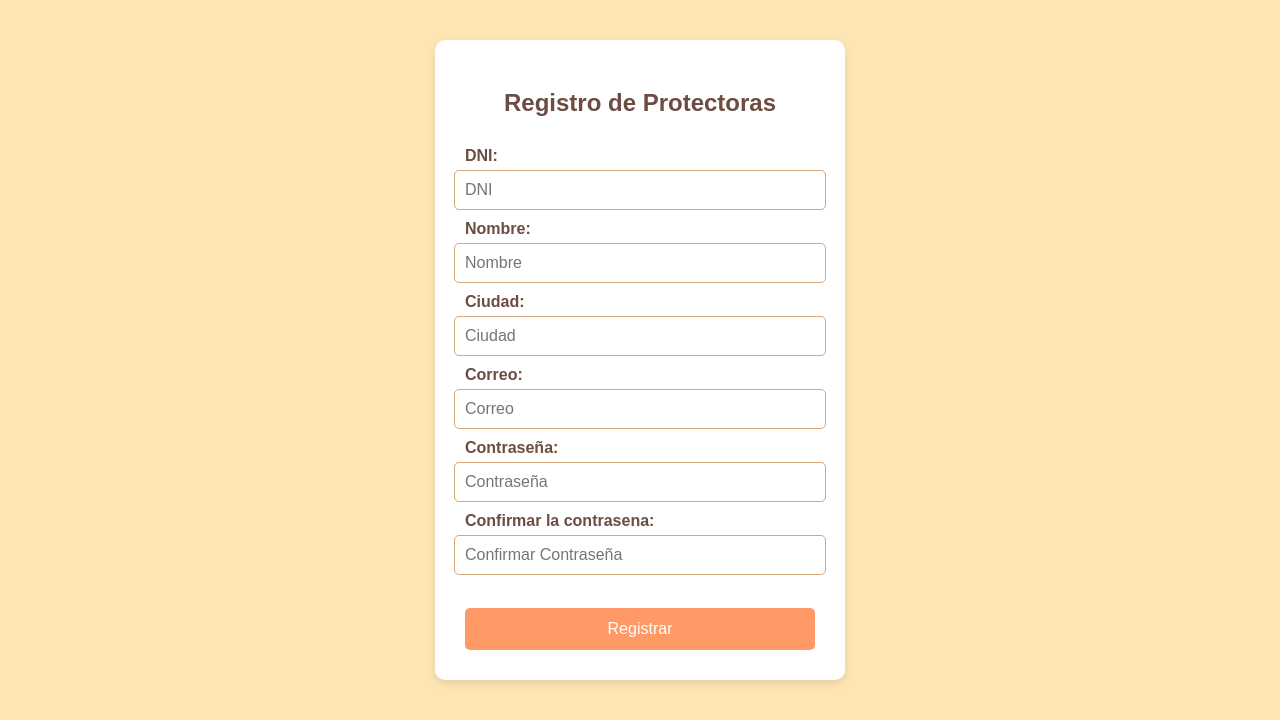
Repository: adriarodrisan/PetLover
Page: Paginas_web/registro_protectora.html
The author's editor kept a copy of each file at every save. The page is drawn from the files as they stood at one save, then again after the next save.
The browser window is 1280 px wide. The pictures show the whole page.

Above is the page before, as saved 2025-03-27 14:45:00.

### Paginas_web/registro_protectora.html
<!DOCTYPE html>
<html lang="enlaces">
<head>
    <meta charset="UTF-8">
    <meta name="viewport" content="width=device-width, initial-scale=1.0">
    <title>Registrate como Protectora </title>
    <link rel="stylesheet" href="/Css_Paginas/registro.css">
</head>
<body>
    <div class="fondo">
        <h2>Registro de Protectoras </h2>
        <form action="/Paginas_web/insertar_datos_registro.php">
            <label for="DNI"> DNI:</label>
            <input type="text" name="dni" placeholder="DNI" required>
            <label for="nombre"> Nombre:</label>
            <input type="text" name="nombre" placeholder="Nombre" required>
            <label for="ciudad"> Ciudad:</label>
            <input type="text" name="ciudad" placeholder="Ciudad" required>
            <label for="correo"> Correo:</label>
            <input type="email" name="correo" placeholder="Correo" required>
            <label for="contrasena"> Contraseña:</label>
            <input type="password" name="contrasena" placeholder="Contraseña" required>
            <label for="confirmar_contrasena"> Confirmar la contrasena:</label>
            <input type="password" name="confirmar_contrasena" placeholder="Confirmar Contraseña" required>
        <br>
        <button type="submit">Registrar</button>
        </form>
    </div>
</body>
</html>

### Css_Paginas/registro.css
body {
    font-family: 'Arial', sans-serif;
    background-color: #ffe5b4;
    display: flex;
    justify-content: center;
    align-items: center;
    height: 100vh;
    margin: 0;
}
.fondo{
    background-color: white;
    padding: 30px;
    border-radius: 10px;
    box-shadow: 0px 4px 8px rgba(0, 0, 0, 0.1);
    text-align: center;
    width: 350px;
}
h2 {
    color: #6d4c41;
    margin-bottom: 20px;
}
form {
    display: flex;
    flex-direction: column;
    align-items: center;
}
label {
    text-align: left;
    font-weight: bold;
    color: #6d4c41;
    margin-top: 10px;
    width: 100%;
}
input {
    padding: 10px;
    margin-top: 5px;
    border: 1px solid #d3a87c;
    border-radius: 5px;
    font-size: 1rem;
    width: 100%;
}
button {
    background-color: #FF9966;
    color: white;
    padding: 12px;
    border: none;
    border-radius: 5px;
    cursor: pointer;
    font-size: 1rem;
    margin-top: 15px;
    width: 100%;
}
button:hover {
    background-color: #FF7043;
}

After the next save:
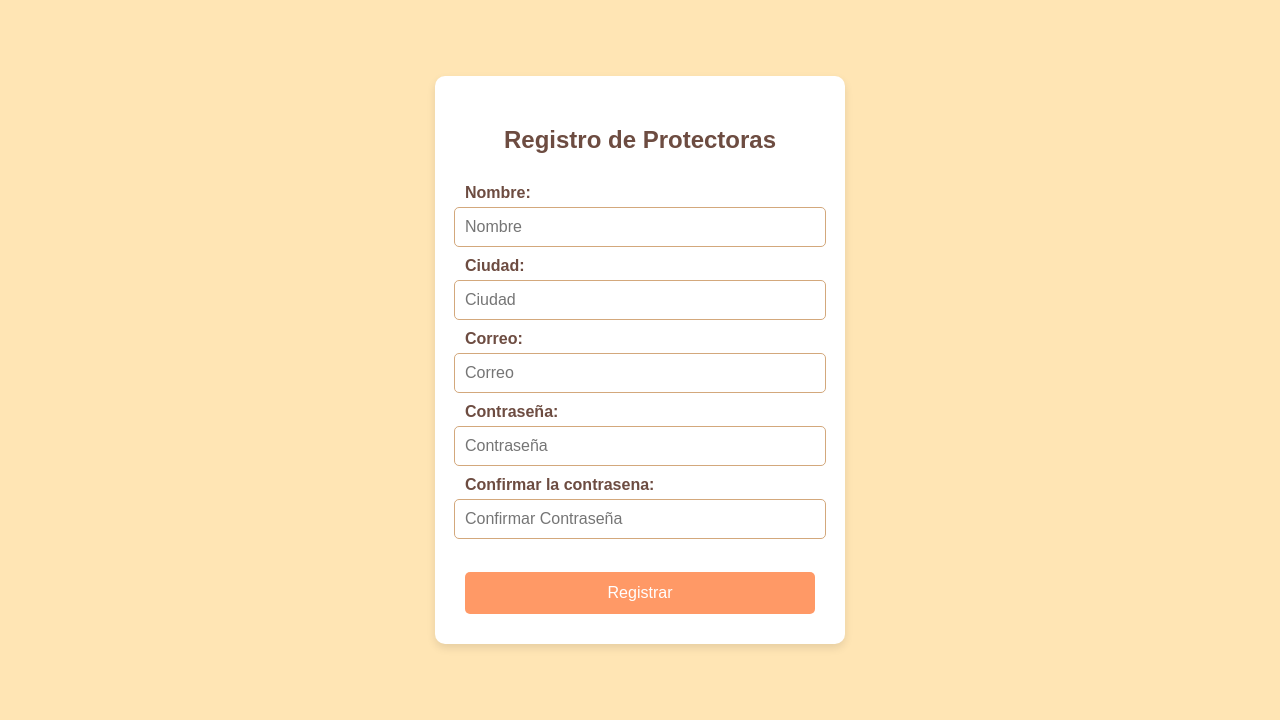
Saved 27 h 34 min later.
--- a/Paginas_web/registro_protectora.html
+++ b/Paginas_web/registro_protectora.html
@@ -9,9 +9,7 @@
 <body>
     <div class="fondo">
         <h2>Registro de Protectoras </h2>
-        <form action="/Paginas_web/insertar_datos_registro.php">
-            <label for="DNI"> DNI:</label>
-            <input type="text" name="dni" placeholder="DNI" required>
+        <form action="/Paginas_web/insertar_datos_registro.php" method="POST">
             <label for="nombre"> Nombre:</label>
             <input type="text" name="nombre" placeholder="Nombre" required>
             <label for="ciudad"> Ciudad:</label>
